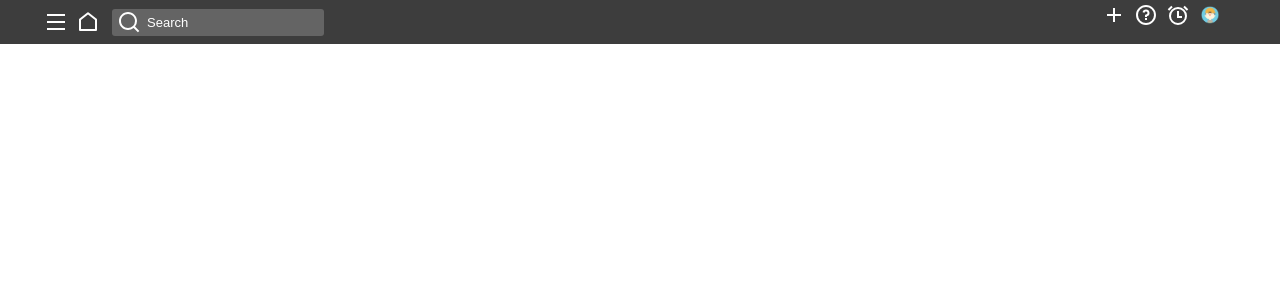
Repository: huuthe1999/to-do-list
Page: /
These files come from the project's save history. The page is drawn as it stood at one moment and after the next save; the edit follows.
The browser window is 1280 px wide. The pictures show the whole page.
The project was rebuilt for these pictures with package versions that can differ from the ones it lists, and the page was loaded fresh each time.

Above is the page before, as saved 2022-02-13 15:22:29.

After the next save:
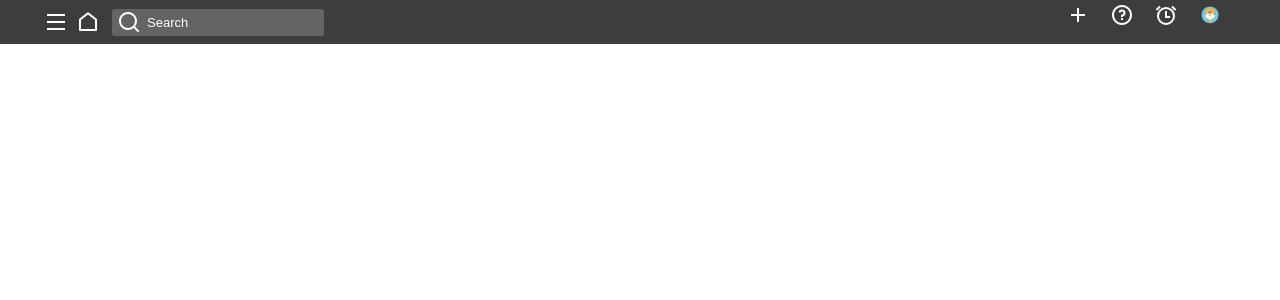
Saved 42 s later.
--- a/src/components/topBar/topbar.scss
+++ b/src/components/topBar/topbar.scss
@@ -79,6 +79,7 @@
 			button {
 				width: 32px;
 				height: 32px;
+				margin-left: 12px;
 			}
 			img {
 				width: 24px;
